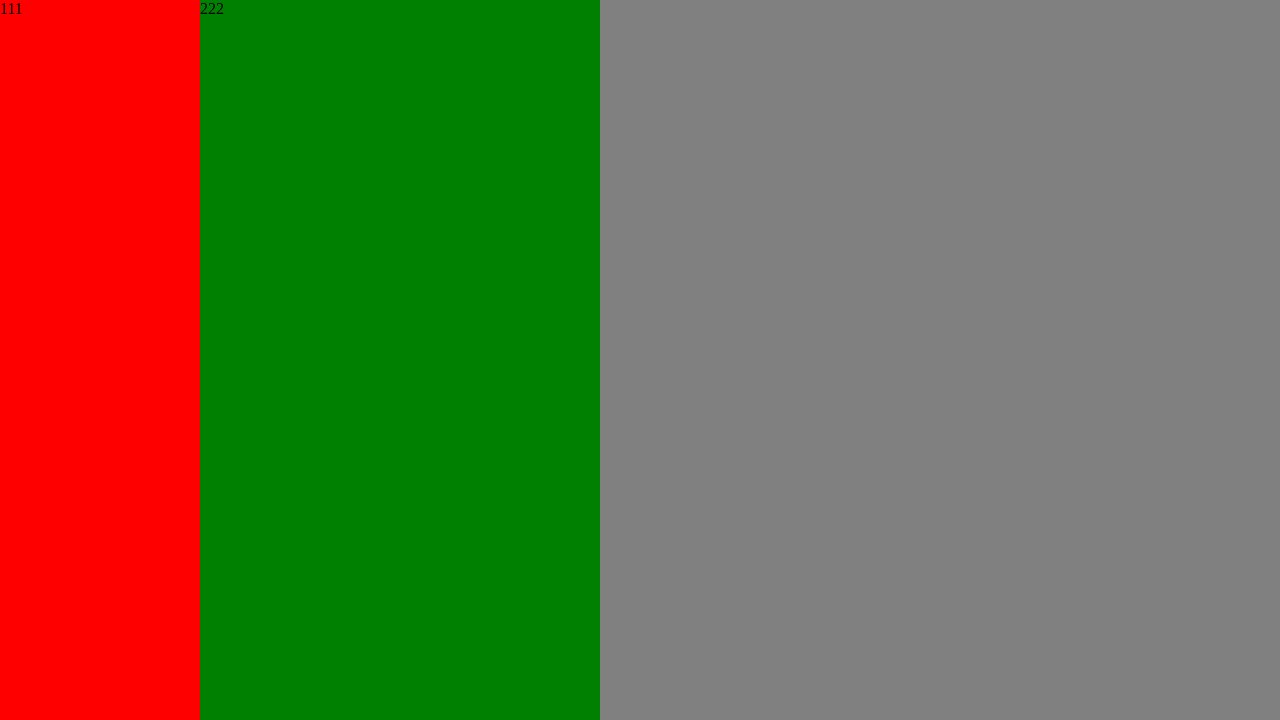
Repository: lihaitao123321/vue-demo-1
Page: /
The author's editor kept a copy of each file at every save. The page is drawn from the files as they stood at one save, then again after the next save.
The browser window is 1280 px wide. The pictures show the whole page.
The project was rebuilt for these pictures with package versions that can differ from the ones it lists, and the page was loaded fresh each time.

Above is the page before, as saved 2021-12-20 10:25:57.

After the next save:
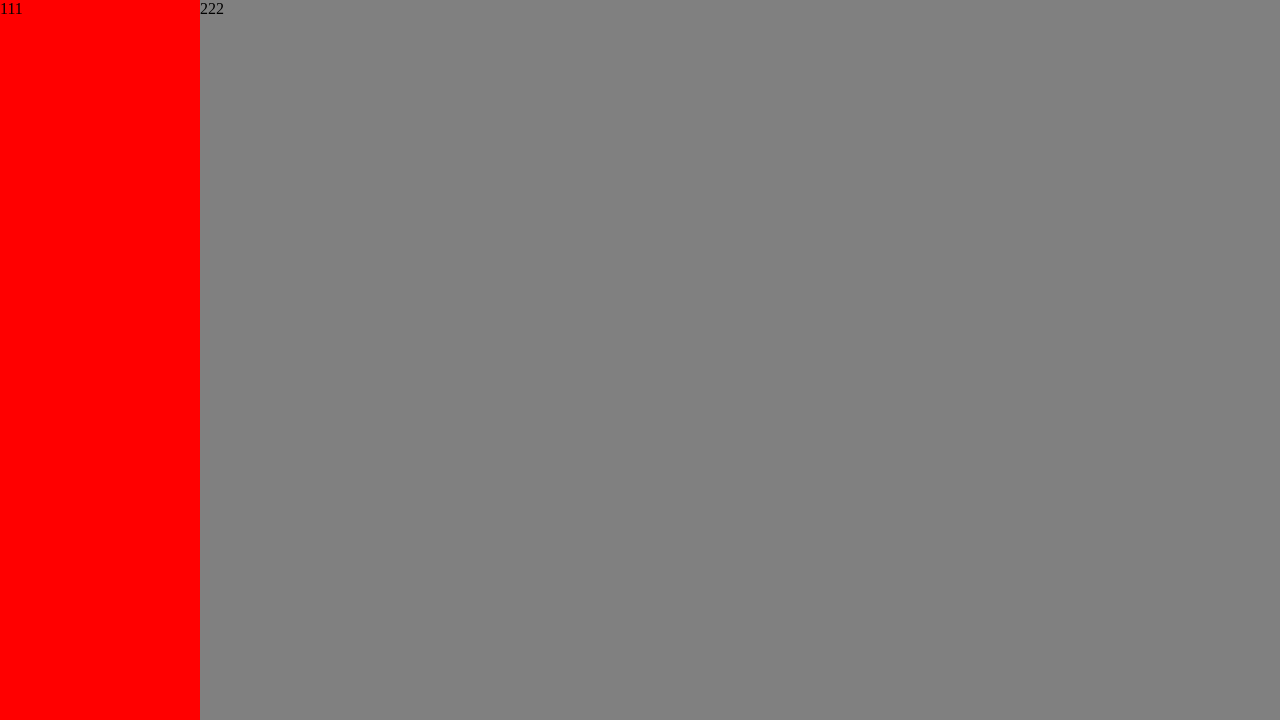
Saved 27 s later.
--- a/src/App.vue
+++ b/src/App.vue
@@ -42,6 +42,6 @@ body {
 }
 .div2 {
   background-color: green;
-  width: 400px;
+  width: 0;
 }
 </style>
